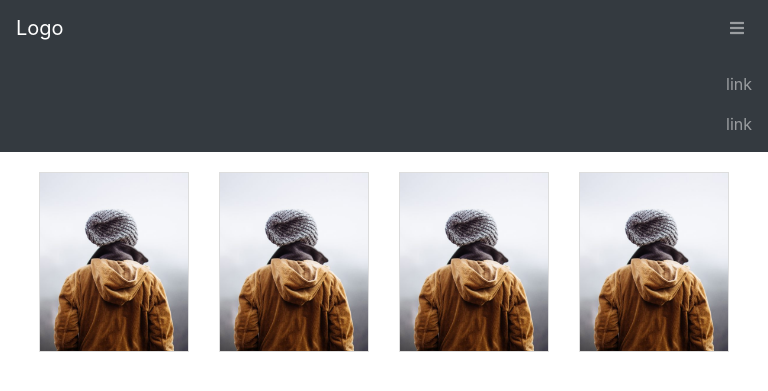
Repository: jwsimhj97/jwork_n
Page: JSPProject/WebContent/03-08/bootexam.html
An editor plug-in stored every save of this project. The page is shown before and after the next save, followed by the edit.
The browser window is 768 px wide. The pictures show the whole page.

Above is the page before, as saved 2022-03-08 06:48:38.

### JSPProject/WebContent/03-08/bootexam.html
<!DOCTYPE html>
<html lang="en">
<head>
  <title>Bootstrap Example</title>
  <meta charset="utf-8">
  <meta name="viewport" content="width=device-width, initial-scale=1">
  <link rel="stylesheet" href="https://cdn.jsdelivr.net/npm/bootstrap@4.6.1/dist/css/bootstrap.min.css">
  <link rel="stylesheet" href="https://use.fontawesome.com/releases/v5.7.0/css/all.css" integrity="sha384-lZN37f5QGtY3VHgisS14W3ExzMWZxybE1SJSEsQp9S+oqd12jhcu+A56Ebc1zFSJ" crossorigin="anonymous">
  <script src="https://cdn.jsdelivr.net/npm/jquery@3.5.1/dist/jquery.slim.min.js"></script>
  <script src="https://cdn.jsdelivr.net/npm/popper.js@1.16.1/dist/umd/popper.min.js"></script>
  <script src="https://cdn.jsdelivr.net/npm/bootstrap@4.6.1/dist/js/bootstrap.bundle.min.js"></script>
  <style>
  	.jumbotron{margin-bottom:0px !important;}
  	img{width:100%; margin-top:20px; border:1px solid #ddd;}
  	.smNav {-webkit-justify-content: space-between !important; justify-content: space-between !important;}
  	.subNav{-webkit-justify-content: flex-end; justify-content: flex-end;}

  	/*lg사이즈 보다 작을 때(미만)*/
  	@media screen and (max-width:992px){
  		#lgNav{display:none;}
  		#smNav{visibility:visible;}
  		.jumbotron{display:none;}
  	}
  	/*lg사이즈 보다 클 때(이상)*/
  	@media screen and (min-width:992px){
  		#lgNav{visibility:visible;}
  		#smNav{display:none;}
  		#subNav{display:none;}
  	}
  </style>
</head>
<body>

<div class="jumbotron jumbotron-fluid">
  <div class="container">
    <h1>Bootstrap Tutorial</h1>
    <p>Bootstrap is the most popular HTML, CSS, and JS framework for developing responsive, mobile-first projects on the web.</p>
  </div>
</div>

<div id="lgNav">
	<nav class="lgNav navbar navbar-expand-sm bg-dark navbar-dark sticky-top">
	  <a class="navbar-brand" href="#">Logo</a>
	  <ul class="navbar-nav">
	    <li class="nav-item">
	      <a class="nav-link" href="#">link</a>
	    </li>
	    <li class="nav-item">
	      <a class="nav-link" href="#">link</a>
	    </li>
	  </ul>
	</nav>
</div>

<div id="smNav">
	<nav class="smNav navbar navbar-expand-sm bg-dark navbar-dark sticky-top">
	  <a class="navbar-brand" href="#">Logo</a>
	  <ul class="navbar-nav">
	    <li class="nav-item">
	      <a class="nav-link" href="#"><i class="fas fa-bars"></i></a>
	    </li>
	  </ul>
	</nav>
</div>

<div id="subNav">
	<nav class="subNav navbar bg-dark navbar-dark">
	  <ul class="navbar-nav">
	    <li class="nav-item">
	      <a class="nav-link" href="#">link</a>
	    </li>
	    <li class="nav-item">
	      <a class="nav-link" href="#">link</a>
	    </li>
	  </ul>
	</nav>
</div>


<div class="container">
  <div class="row">
    <div class="col-sm-3"><img src="img/img_girl.jpg"></div>
    <div class="col-sm-3"><img src="img/img_girl.jpg"></div>
    <div class="col-sm-3"><img src="img/img_girl.jpg"></div>
    <div class="col-sm-3"><img src="img/img_girl.jpg"></div>
  </div>
</div>


</body>
</html>

After the next save:
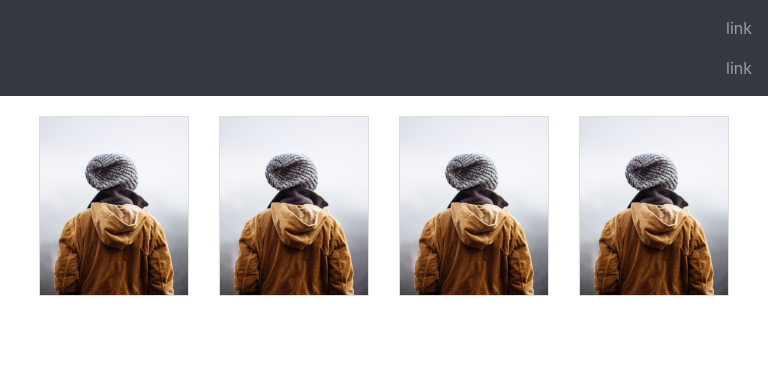
Saved 12 s later.
--- a/JSPProject/WebContent/03-08/bootexam.html
+++ b/JSPProject/WebContent/03-08/bootexam.html
@@ -20,6 +20,7 @@
   		#lgNav{display:none;}
   		#smNav{visibility:visible;}
   		.jumbotron{display:none;}
+  		#smNav{display:none;}
   	}
   	/*lg사이즈 보다 클 때(이상)*/
   	@media screen and (min-width:992px){
